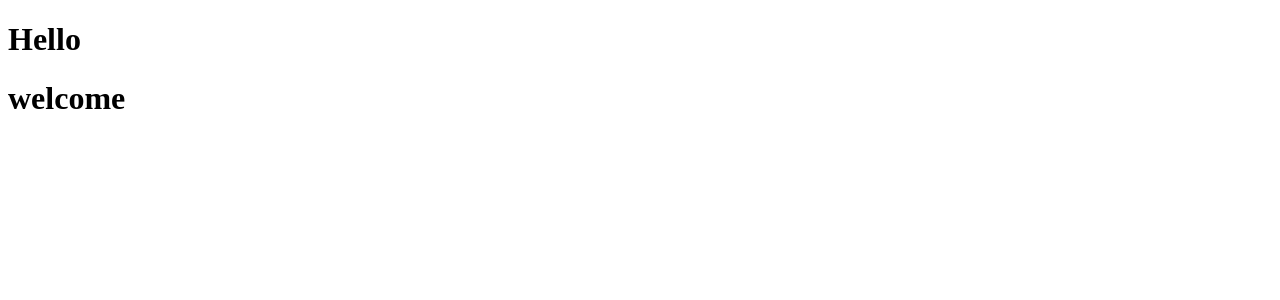
Repository: nksharma514/spring
Page: http://localhost/springmvc/
The author's editor kept a copy of each file at every save. The page is drawn from the files as they stood at one save, then again after the next save.
The browser window is 1280 px wide. The pictures show the whole page.
The page is served by Tomcat 9. Other server files are loaded and not shown.

Above is the page before, as saved 2023-08-12 22:30:20.

### springmvc/src/main/webapp/index.jsp
<%@ page language="java" contentType="text/html; charset=ISO-8859-1"
    pageEncoding="ISO-8859-1"%>
<!DOCTYPE html>
<html>
<head>
<meta charset="ISO-8859-1">
<title>Home Page</title>
</head>
<body>
<h1>Hello</h1>
<h1>welcome</h1>

</body>
</html>

After the next save:
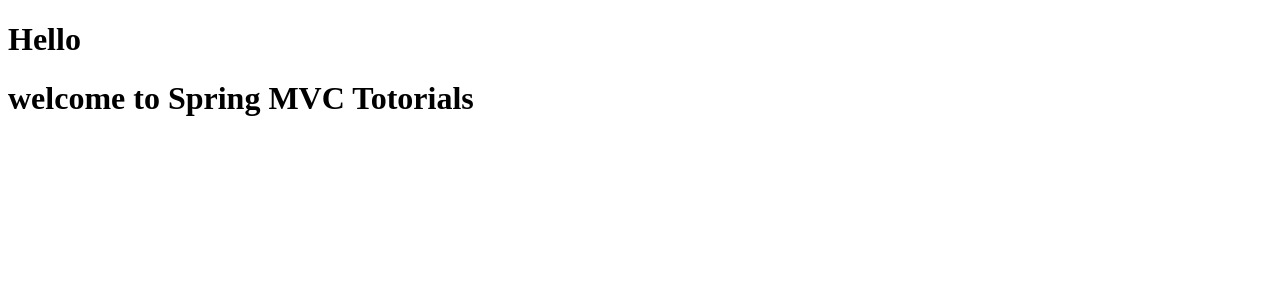
Saved 42 s later.
--- a/springmvc/src/main/webapp/index.jsp
+++ b/springmvc/src/main/webapp/index.jsp
@@ -8,7 +8,7 @@
 </head>
 <body>
 <h1>Hello</h1>
-<h1>welcome</h1>
+<h1>welcome to Spring MVC Totorials</h1>
 
 </body>
 </html>
